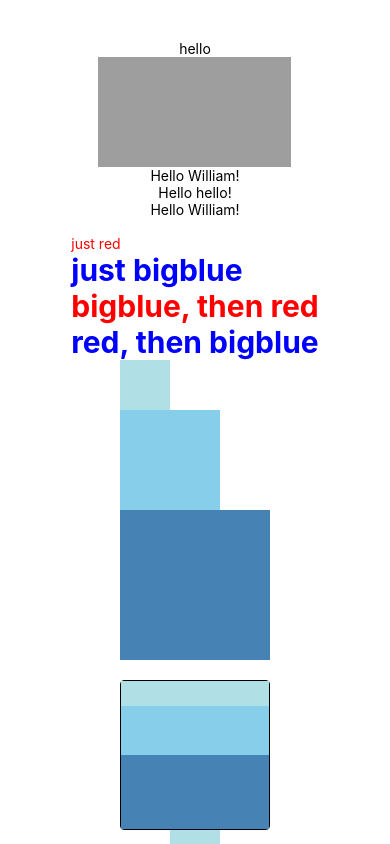
Repository: wcc17/project-adara
Screen: / (app in ProjectAdara/)
These files come from the project's save history. The screen is drawn as it stood at one moment and after a run of saves; the edit follows.
Pictures or frames that could not be fetched are drawn as grey boxes. An inner scrolling area shows only its first screen. The app was drawn by React Native's web renderer in a window 390 px wide. The project was rebuilt for these pictures with package versions that can differ from the ones it lists, and the page was loaded fresh each time.

Above is the screen before, as saved 2018-05-27 14:29:43.

### ProjectAdara/App.js
import React, { Component } from 'react';
import { StyleSheet, Text, ScrollView, View, Image, SafeAreaView } from 'react-native';
import FlexDimensionsBasicsComponent from './src/components/FlexDimensionsBasicsComponent'
import AlignItemsComponent from './src/components/AlignItemsComponent'

export default class App extends React.Component {
    render() {
        return (
            <SafeAreaView style={{flex: 1, backgroundColor: '#ffff'}}>
                <ScrollView contentContainerStyle={styles.container}>
                    <BasicStuffComponent/>
                    <FlexDimensionsBasicsComponent style={flexDimensionStyleSheet.flexDimensionComponentStyle}/>
                    <AlignItemsComponent/>
                </ScrollView>
            </SafeAreaView>
        );
    }
}

class BasicStuffComponent extends Component {
    render() {
        let image = {
            uri: 'https://upload.wikimedia.org/wikipedia/commons/d/de/Bananavarieties.jpg'
        };

        return (
            <View style={styles.container}>
                <Text>hello</Text>
                <Image source={image} style={{ width: 193, height: 110 }} />
                <DumbGreetingComponent name='William' />
                <DumbGreetingComponent name='hello' />
                <DumbGreetingComponent name='William' />
                <Blink text="this is blinking text" />
                <StyledComponent/>
                <FixedDimensionsComponent/>
            </View>
        )
    }
}

class DumbGreetingComponent extends Component {
    render() {
        return (
            <Text>Hello {this.props.name}!</Text>
        );
    }
}

class Blink extends Component {
    constructor(props) {
        super(props);
        this.state = { isShowingText: true };

        // Toggle the state every second
        setInterval(() => {
            this.setState(previousState => {
                return { isShowingText: !previousState.isShowingText };
            });
        }, 1000);
    }

    render() {
        let display = this.state.isShowingText ? this.props.text : ' ';
        return (
            <Text>{display}</Text>
        );
    }
}

class StyledComponent extends Component {
    render() {
        return (
        <View>
            <Text style={styles.red}>just red</Text>
            <Text style={styles.bigblue}>just bigblue</Text>
            <Text style={[styles.bigblue, styles.red]}>bigblue, then red</Text>
            <Text style={[styles.red, styles.bigblue]}>red, then bigblue</Text>
        </View>
        );
    }
}

class FixedDimensionsComponent extends Component {
    render() {
        return (
            <View>
                <View style={{width: 50, height: 50, backgroundColor: 'powderblue'}}/>
                <View style={{width: 100, height: 100, backgroundColor: 'skyblue'}}/>
                <View style={fixedDimensionStyleSheet.steelBlueView}/>
            </View>
        )
    }
}



const styles = StyleSheet.create({
    container: {
        // flex: 1, will force it to fit inside the parent SafeAreaView
        backgroundColor: '#fff',
        alignItems: 'center',
        paddingVertical: 20,
        // justifyContent: 'center',
    },
    bigblue: {
        color: 'blue',
        fontWeight: 'bold',
        fontSize: 30,
    },
    red: {
        color: 'red',
    },
});

const fixedDimensionStyleSheet = StyleSheet.create({
    steelBlueView: {
        width: 150,
        height: 150,
        backgroundColor: 'steelblue'
    },
});

const flexDimensionStyleSheet = StyleSheet.create({
    flexDimensionComponentStyle: {
        width: 150,
        height: 150,

        borderRadius: 4,
        borderWidth: 1.5,
        borderColor: 'black',

        //column is default it looks like
        // flexDirection: 'row',
        // justifyContent: 'space-between',
    },
});

### ProjectAdara/src/components/FlexDimensionsBasicsComponent.js
import React, { Component } from 'react';
import { View } from 'react-native';

export default class FlexDimensionsBasicsComponent extends Component {
    render() {
        return (
            //a height and width should be passed in with style prop
            // <View style={{flex: 1}}>
            <View style={this.props.style}>
                <View style={{flex: 1, backgroundColor: 'powderblue'}} />
                <View style={{flex: 2, backgroundColor: 'skyblue'}} />
                <View style={{flex: 3, backgroundColor: 'steelblue'}} />
            </View>
        );
    }
}

### ProjectAdara/src/components/AlignItemsComponent.js
import React, { Component } from 'react';
import { View } from 'react-native';

export default class AlignItemsBasics extends Component {
    render() {
        return (
            //try alignItems: 'flex-start'
            ///justifyContent: 'flex-end'
            //flexDirection: row
            <View style={{
                flex: 1,
                flexDirection: 'column',
                justifyContent: 'center',
                alignItems: 'center',
            }}>
                <View style={{width: 50, height: 50, backgroundColor: 'powderblue'}} />
                <View style={{width: 50, height: 50, backgroundColor: 'skyblue'}} />
                <View style={{width: 50, height: 50, backgroundColor: 'steelblue'}} />
            </View>
        );
    }
}

After the next 2 saves:
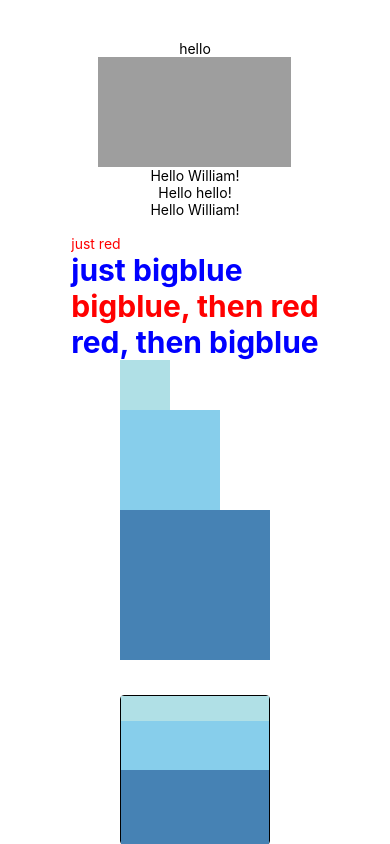
The 2 saves are shown as one change because 1 did not build or start.
The last was saved 54 s later.
--- a/ProjectAdara/App.js
+++ b/ProjectAdara/App.js
@@ -129,6 +129,8 @@
         borderWidth: 1.5,
         borderColor: 'black',
 
+        marginVertical: 15,
+
         //column is default it looks like
         // flexDirection: 'row',
         // justifyContent: 'space-between',

After the save that followed:
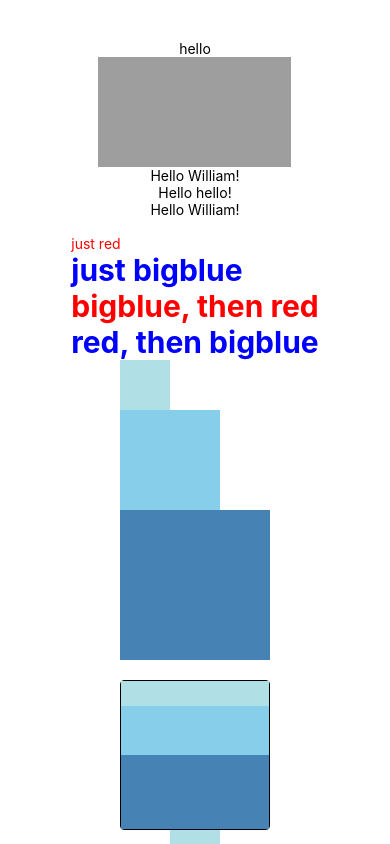
Saved 5 s later.
--- a/ProjectAdara/App.js
+++ b/ProjectAdara/App.js
@@ -129,7 +129,7 @@
         borderWidth: 1.5,
         borderColor: 'black',
 
-        marginVertical: 15,
+        marginHorizontal: 15,
 
         //column is default it looks like
         // flexDirection: 'row',
